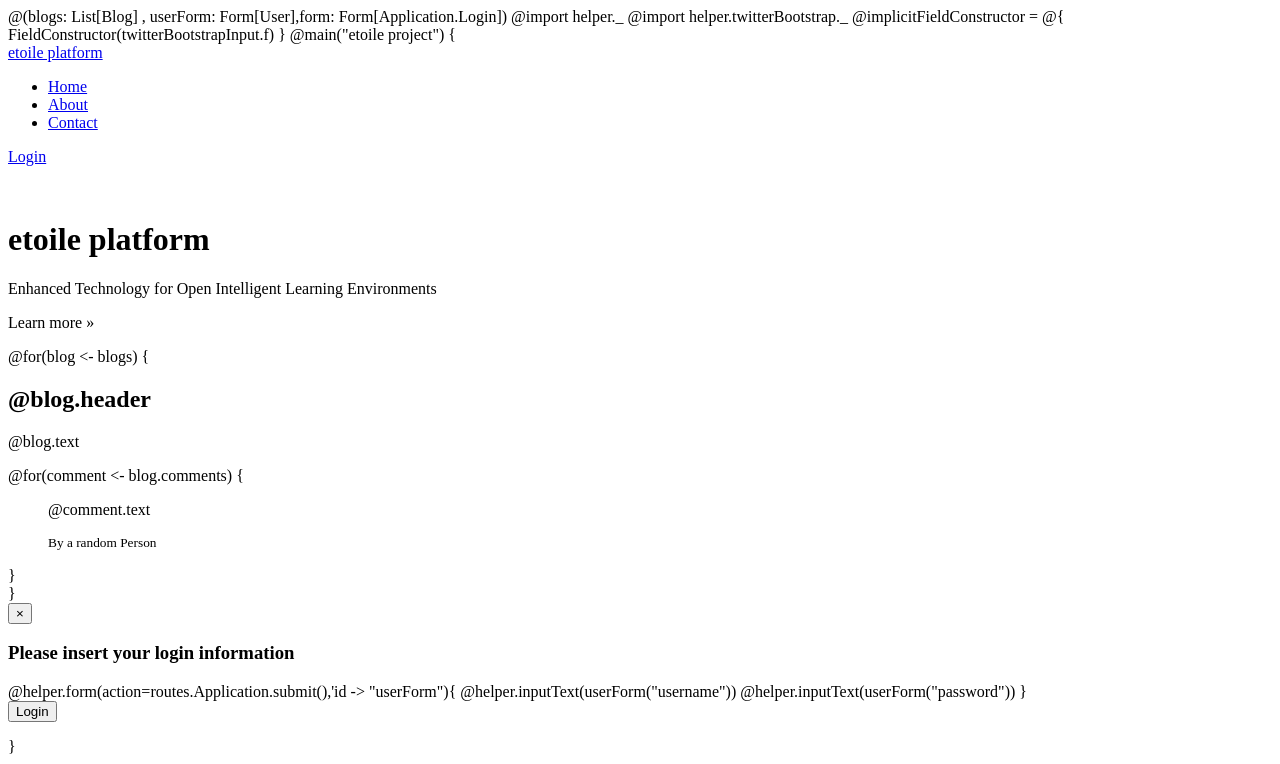
Repository: lopesdasilva/etoile
Page: etoile-play/.target/views/index.scala.html
The author's editor kept a copy of each file at every save. The page is drawn from the files as they stood at one save, then again after the next save.
The browser window is 1280 px wide. The pictures show the whole page.

Above is the page before, as saved 2012-10-23 11:47:52.

### etoile-play/.target/views/index.scala.html
@(blogs: List[Blog] , userForm: Form[User],form: Form[Application.Login])

@import helper._
@import helper.twitterBootstrap._
@implicitFieldConstructor = @{ FieldConstructor(twitterBootstrapInput.f) }
@main("etoile project") {

<div class="navbar navbar-inverse navbar-fixed-top">
      <div class="navbar-inner">
        <div class="container">
          <a class="btn btn-navbar" data-toggle="collapse" data-target=".nav-collapse">
            <span class="icon-bar"></span>
            <span class="icon-bar"></span>
            <span class="icon-bar"></span>
          </a>
          <a class="brand" href="#">etoile platform</a>
          <div class="nav-collapse collapse">
            <ul class="nav">
              <li class="active"><a href="#">Home</a></li>
              <li><a href="#about">About</a></li>
              <li><a href="#contact">Contact</a></li>
            </ul>
            <form class="navbar-form pull-right">
             <a href="#loginModal" role="button" class="btn btn-primary" data-toggle="modal">Login</a>



            </form>
          </div><!--/.nav-collapse -->
        </div>
      </div>
    </div>


 <br>
<div class="hero-unit">
	<h1>etoile platform</h1>
	<p>Enhanced Technology for Open Intelligent Learning Environments</p>
	 <p><a class="btn btn-primary btn-large">Learn more &raquo;</a></p>
</div>


<!-- Example row of columns -->
<div class="row" >
	@for(blog <- blogs) {
	<div class="span12">
		<h2>@blog.header</h2>
		<p>@blog.text</p>
		@for(comment <- blog.comments) {
		<blockquote>
			<p>@comment.text</p>
			<small>By a random Person</small>
		</blockquote>
		}
	</div>
	}
</div>

<form>
<div id="loginModal" class="modal hide fade" tabindex="-1" role="dialog" aria-labelledby="myModalLabel" aria-hidden="true">
  <div class="modal-header">
    <button type="button" class="close" data-dismiss="modal" aria-hidden="true">&times;</button>
    <h3 id="myModalLabel">Please insert your login information</h3>
  </div>
  <div class="modal-body">
   @helper.form(action=routes.Application.submit(),'id -> "userForm"){
			              	@helper.inputText(userForm("username"))
			              	            	@helper.inputText(userForm("password"))
			              	            	}
  </div>
  <div class="modal-footer">
    <button class="btn btn-primary" formaction="signup" formmethod="post">Login</button>
  </div>
</div>
</form>

}

After the next save:
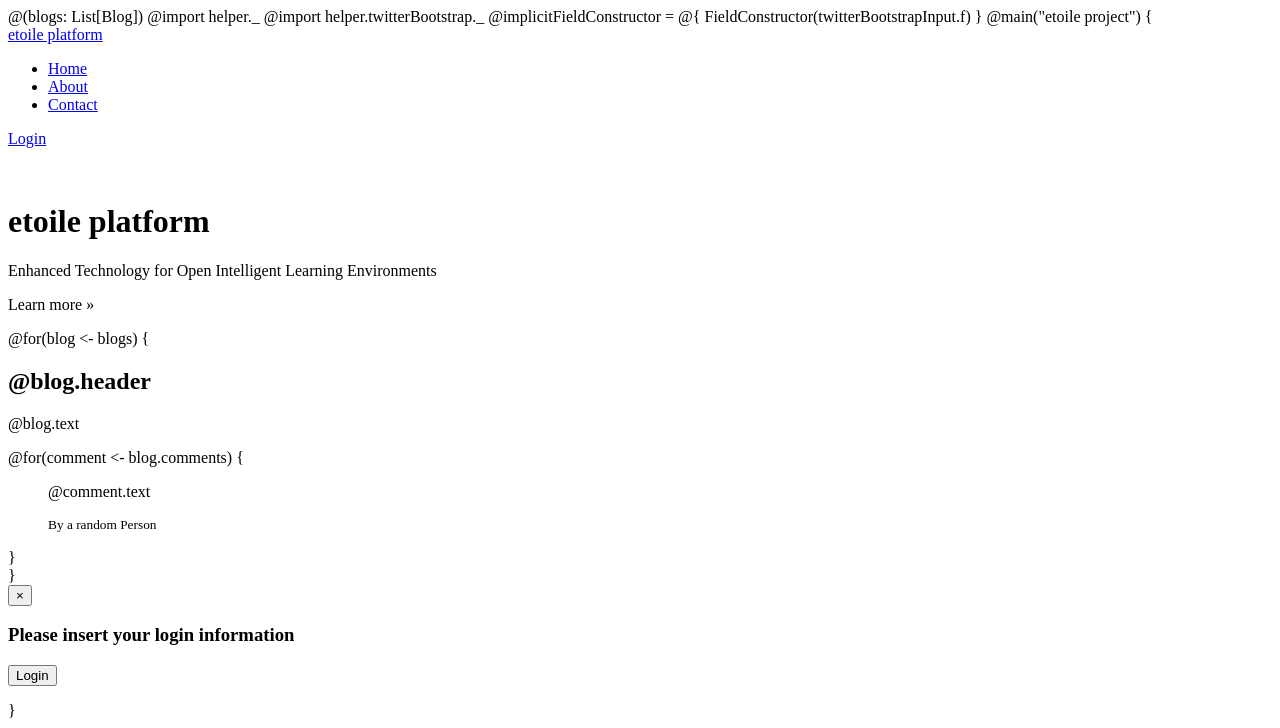
Saved 39 s later.
--- a/etoile-play/.target/views/index.scala.html
+++ b/etoile-play/.target/views/index.scala.html
@@ -1,4 +1,4 @@
-@(blogs: List[Blog] , userForm: Form[User],form: Form[Application.Login])
+@(blogs: List[Blog])
 
 @import helper._
 @import helper.twitterBootstrap._
@@ -63,10 +63,7 @@
     <h3 id="myModalLabel">Please insert your login information</h3>
   </div>
   <div class="modal-body">
-   @helper.form(action=routes.Application.submit(),'id -> "userForm"){
-			              	@helper.inputText(userForm("username"))
-			              	            	@helper.inputText(userForm("password"))
-			              	            	}
+
   </div>
   <div class="modal-footer">
     <button class="btn btn-primary" formaction="signup" formmethod="post">Login</button>
